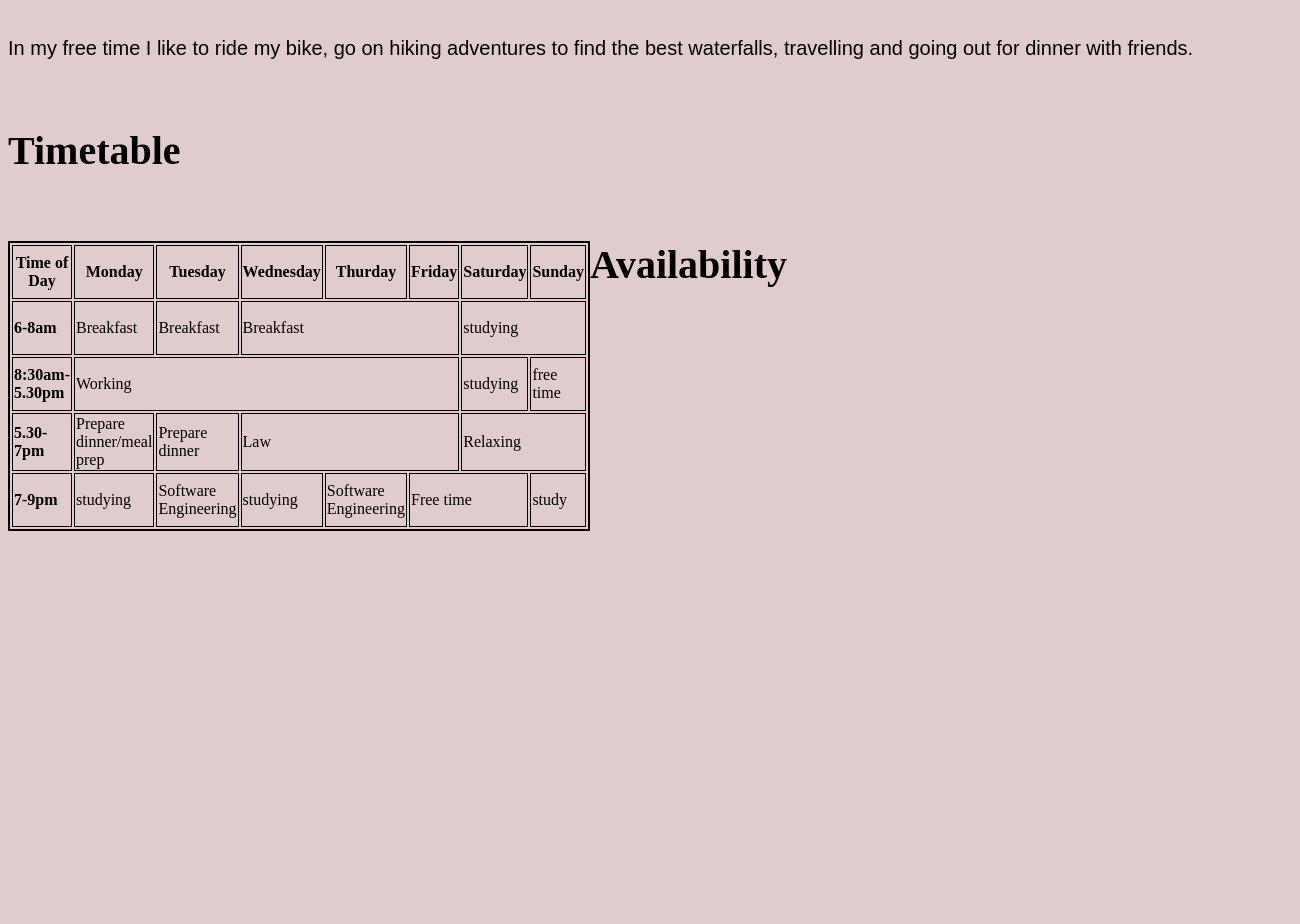
Repository: alicjasapieja/example-repository
Page: my-first-website/index.html
An editor plug-in stored every save of this project. The page is shown before and after the next save, followed by the edit.
The browser window is 1280 px wide. The page is 1300 px wide, so the pictures cover 1300 px, including what lies to the right of the window. The pictures show the part of the page from y = 713 to 1637 px (the page is 2543 px tall before and 2561 px after).

Above is the page before, as saved 2022-05-15 11:50:31.

After the next save:
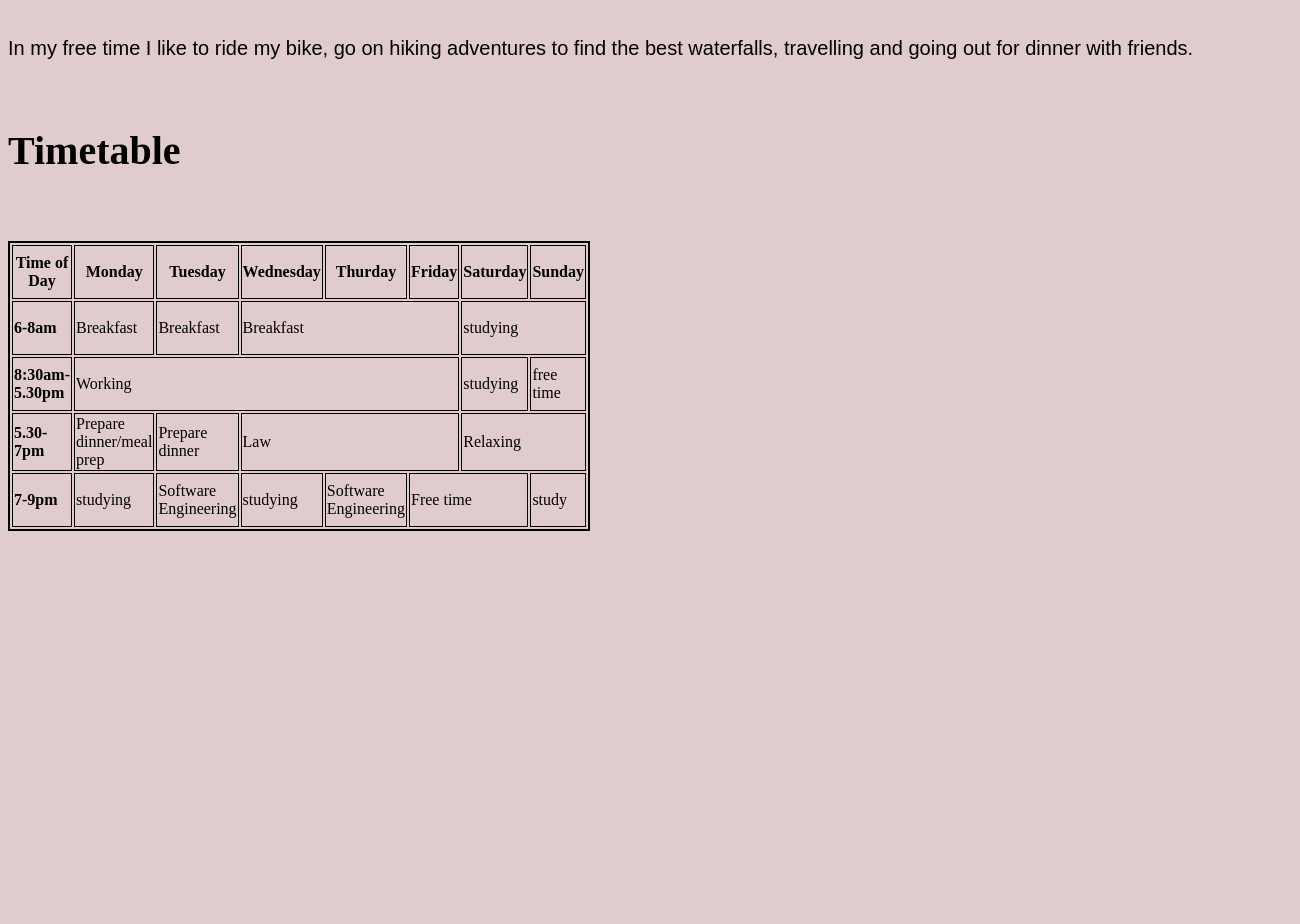
Saved 87 s later.
--- a/my-first-website/index.html
+++ b/my-first-website/index.html
@@ -105,9 +105,6 @@ table {
             </tr>
         </table>
 
-
-    <h5>Availability</h5>
-
     <div id="gallery">
         <h2>Gallery</h2>
             <img src="img/beachsunset.JPG" alt="sunset on beach" title="summer">
@@ -124,7 +121,7 @@ table {
             <img src="img/foodpool.JPG" alt="food" title="lunch">
 
 
-
+            <h8>Availability</h8>
 
   </body>
 
